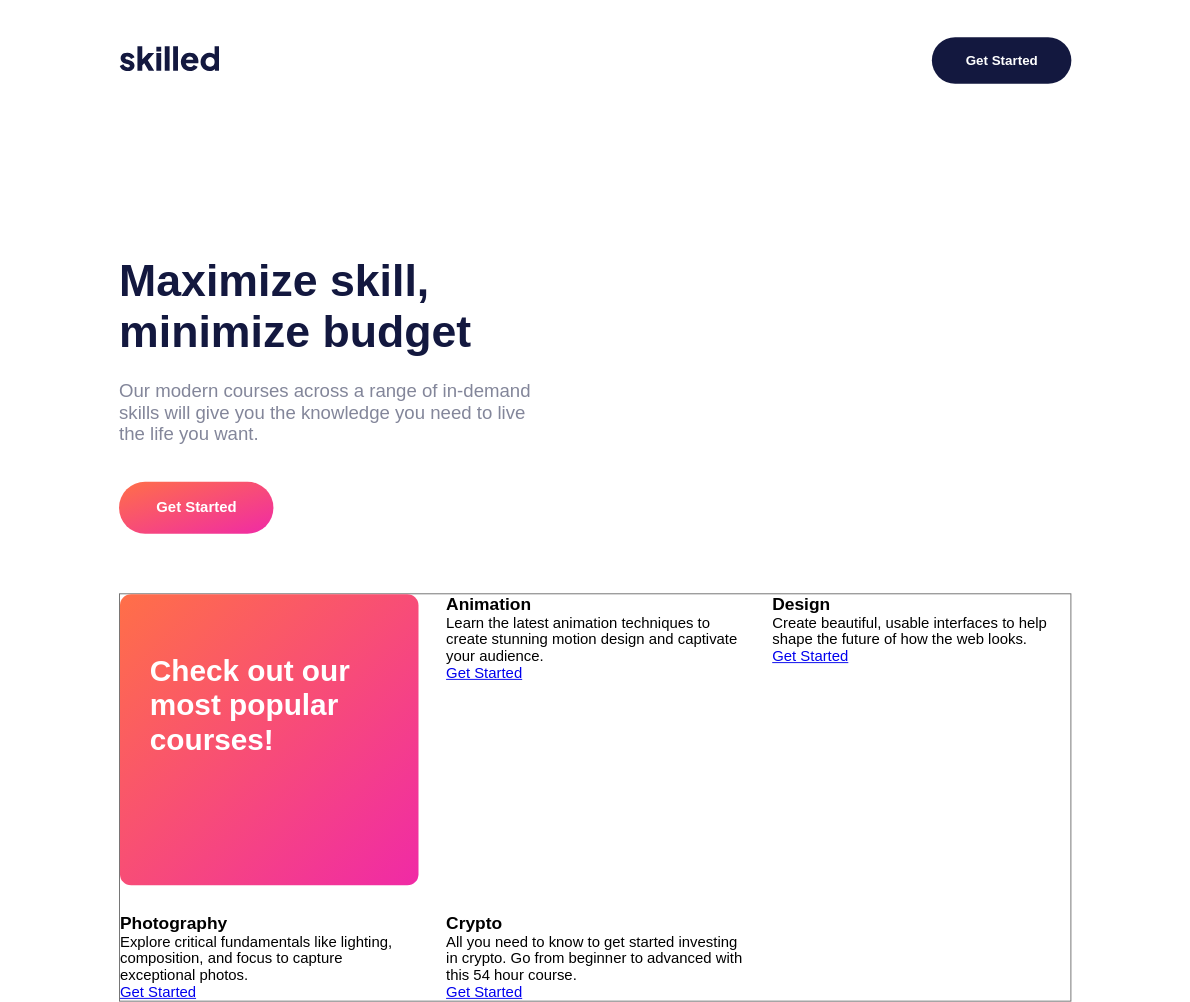
Repository: exe-walt/E-Learning-Landing-Page
Page: index.html
These files come from the project's save history. The page is drawn as it stood at one moment and after the next save; the edit follows.
The browser window is 1280 px wide. The pictures show the whole page, at 93% of full size.
Some web fonts or font styles are not loaded; a fallback is used.

Above is the page before, as saved 2025-05-29 12:34:50.

After the next save:
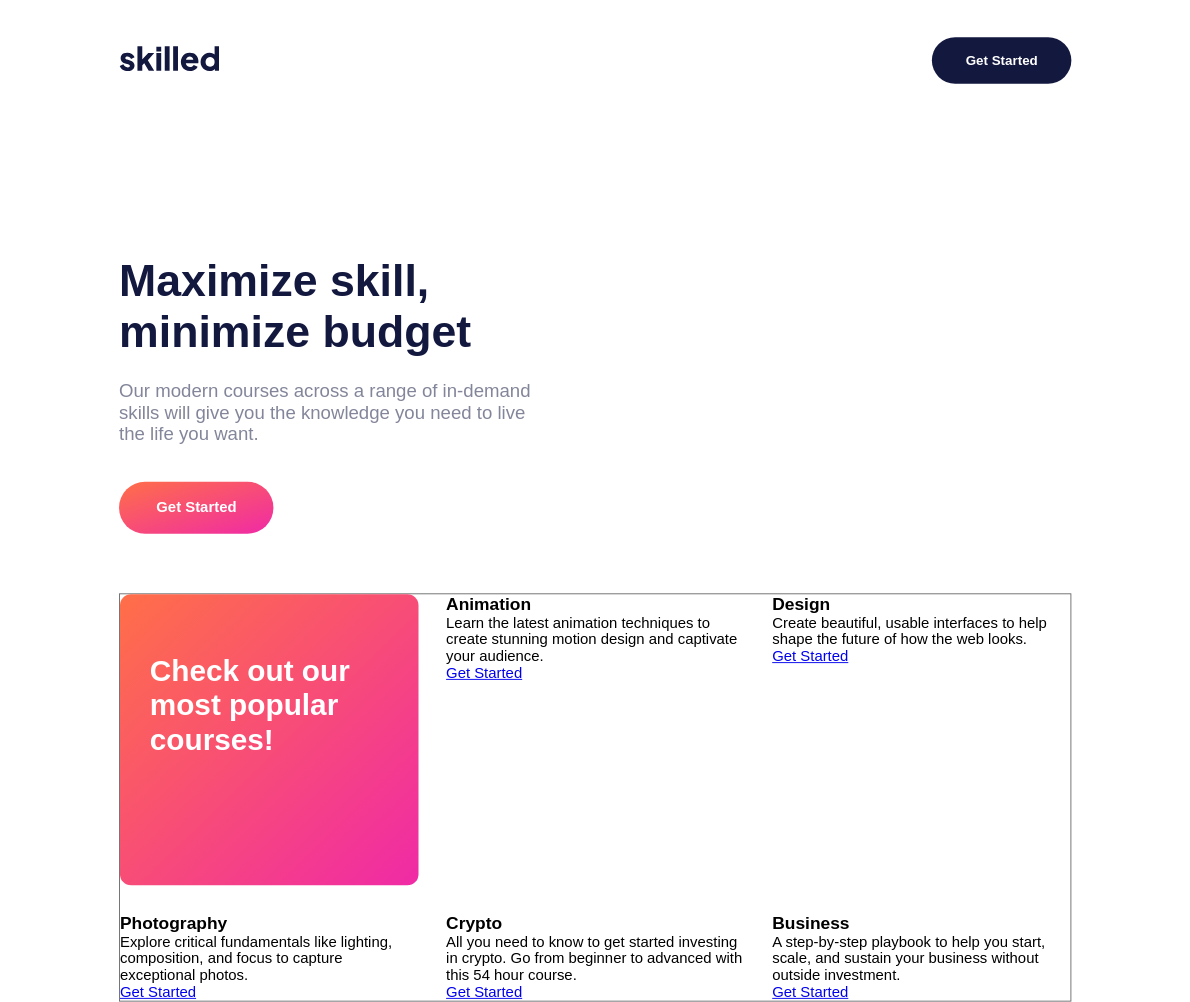
Saved 16 s later.
--- a/index.html
+++ b/index.html
@@ -61,7 +61,9 @@
             <a href="#">Get Started</a>
       </div>
       <div class="business">
-
+        <h3>Business</h3>
+  <p>A step-by-step playbook to help you start, scale, and sustain your business without outside investment.</p>
+  <a href="#">Get Started</a>
       </div>
     </div>
 
